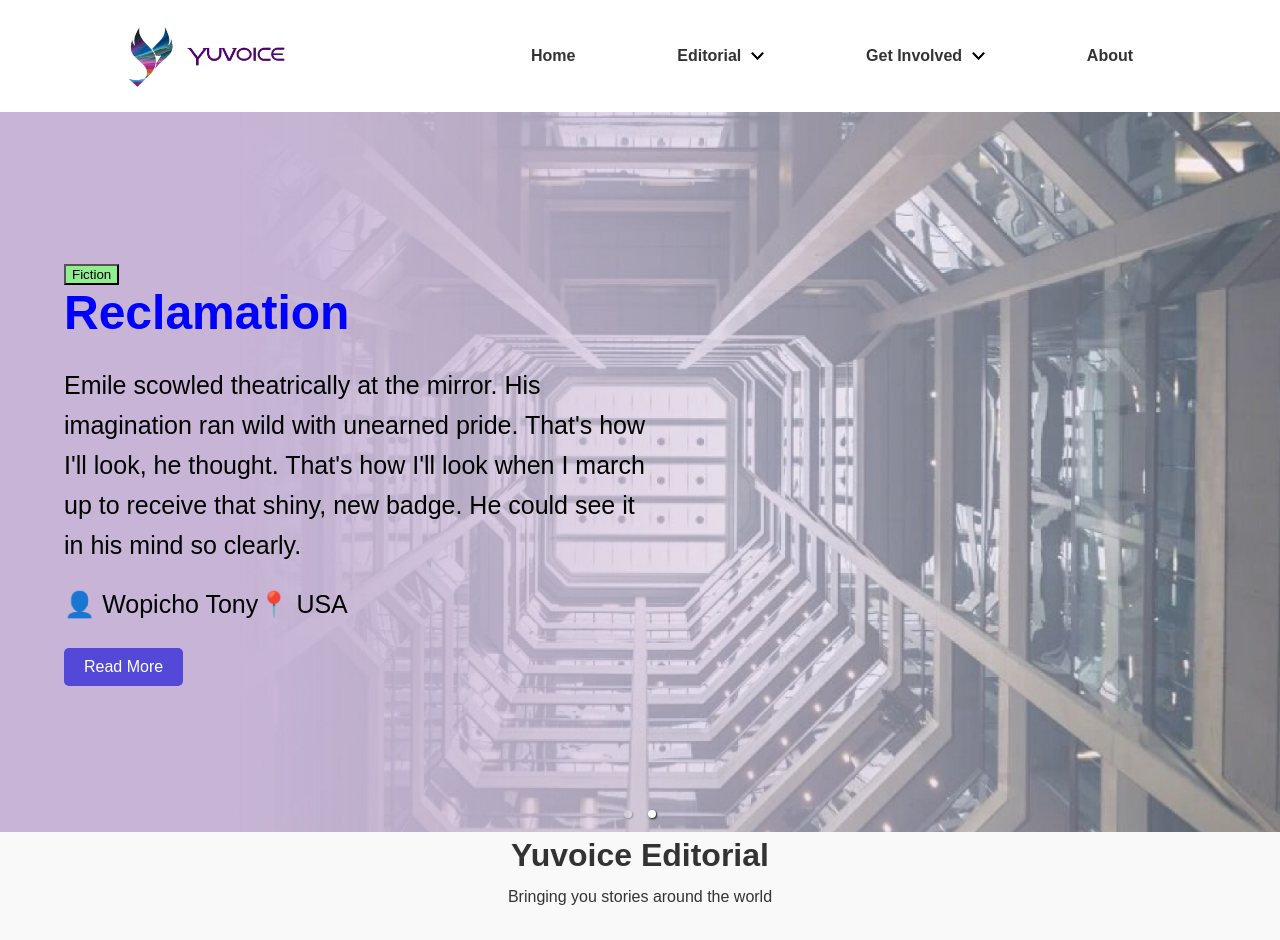
Repository: minokrim/yuvoice
Page: /
These files come from the project's save history. The page is drawn as it stood at one moment and after the next save; the edit follows.
The browser window is 1280 px wide. The pictures show the part of the page from y = 0 to 940 px (the page is 3397 px tall before and 2873 px after).
Pictures or frames that could not be fetched are drawn as grey boxes. The page's requests for data from a server got no answer. The project was rebuilt for these pictures with package versions that can differ from the ones it lists, and the page was loaded fresh each time. No one was signed in, and anything a server would have sent is missing. Also part of the build but not shown: src/body/body.css, src/editorial/header.css, src/editorial/header.jsx, src/editorial/thisweek.css, src/component/card.css, src/component/card.jsx, src/editorial/thisweek.jsx, src/component/ubncard.css and 8 more.

Above is the page before, as saved 2025-01-01 23:44:13.

After the next save:
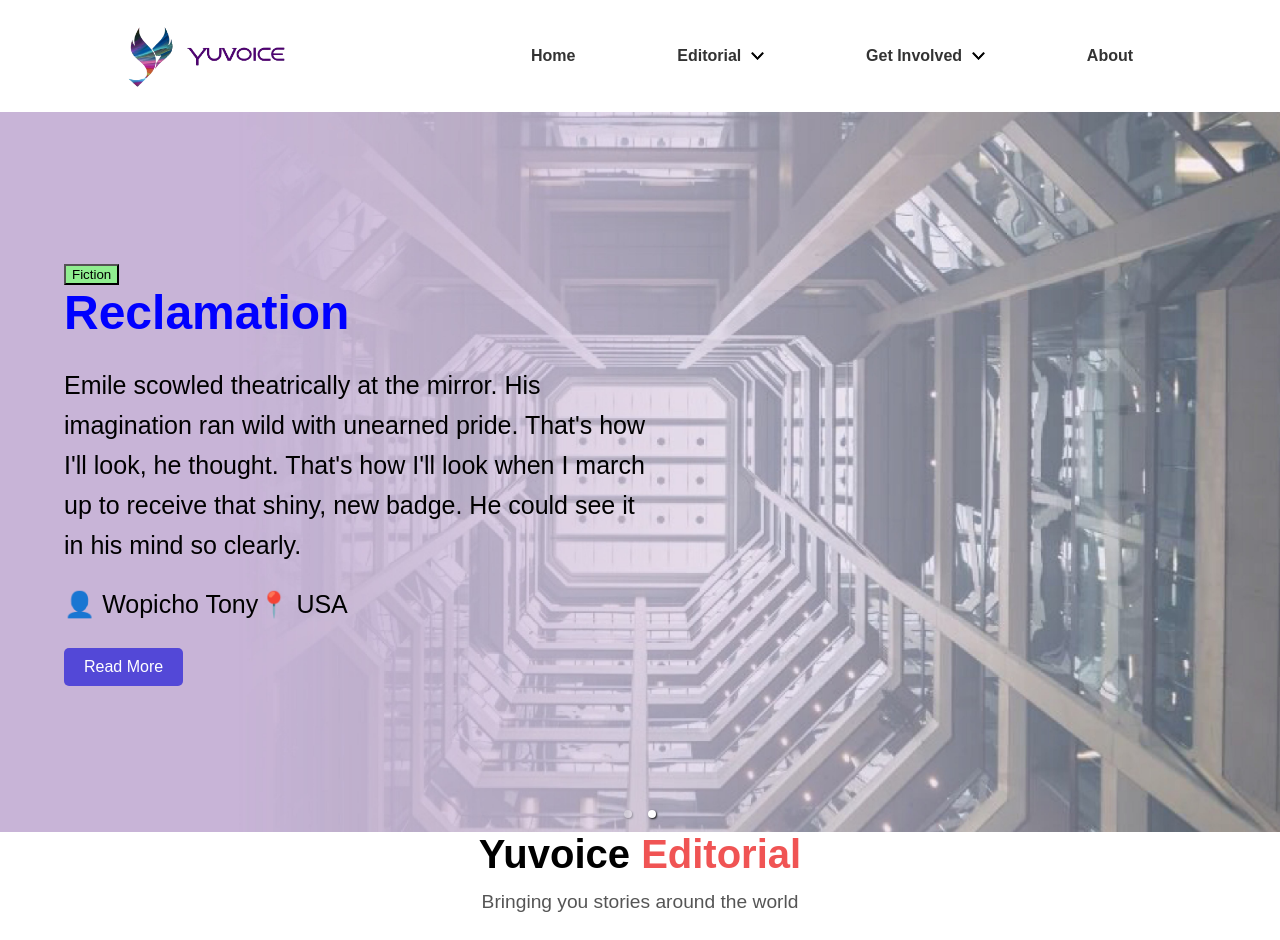
Saved 4 min 47 s later.
--- a/src/landingpage/LandingPage.css
+++ b/src/landingpage/LandingPage.css
@@ -98,50 +98,97 @@ body {
     background-color:lightgreen
   }
 
-  /* Editorial Section */
-  .editorial {
-    text-align: center;
-    padding: 5px 8px;
-    background-color: #f9f9f9;
-  }
-
-  .editorial h2 {
-    font-size: 2rem;
-    margin-bottom: 10px;
-  }
-
-  .editorial p {
-    margin-top: 10px;
-    margin-bottom: 30px;
-  }
-
-  .editorial-cards {
-    display: flex;
-    justify-content: center;
-    gap: 20px;
-    margin-top: 30px;
-  }
-
-  .card {
-    width: 2px;
-    text-align: center;
-    box-shadow: 0 4px 6px rgba(0, 0, 0, 0.1);
-    border-radius: 8px;
-    overflow: hidden;
-    background-color: white;
-  }
-
-  .card img {
-    width: 5%;
-    height: 10px;
-    object-fit: cover;
-  }
-
-  .card h3 {
-    margin: 15px 0;
-    font-size: 1.2rem;
-  }
-
+  * Editorial Section */
+.editorial {
+  text-align: center;
+  padding: 50px 20px;
+  background-color: #ffffff; /* Set white background */
+}
+
+.editorial h2 {
+  font-size: 2.5rem;
+  margin-bottom: 10px;
+  color: #000; /* Ensure text is clearly visible */
+}
+
+.editorial h2 .highlight-editorial {
+  color: #f05454; /* Highlight color */
+}
+
+.editorial p {
+  margin-top: 10px;
+  margin-bottom: 30px;
+  font-size: 1.2rem;
+  color: #555;
+}
+
+.carousel-wrapper {
+  margin: 30px auto;
+  max-width: 90%;
+  position: relative;
+}
+
+.editorial-card {
+  display: flex;
+  flex-direction: column;
+  justify-content: center;
+  align-items: center;
+  position: relative;
+  padding: 10px;
+  background-color: #ffffff;
+  border-radius: 15px;
+  overflow: hidden;
+  box-shadow: 0px 4px 6px rgba(0, 0, 0, 0.1);
+}
+
+.editorial-card img {
+  width: 100%;
+  height: 300px;
+  object-fit: cover;
+  border-radius: 15px;
+}
+
+.legend {
+  position: absolute;
+  bottom: 15px;
+  left: 15px;
+  padding: 5px 10px;
+  background: rgba(0, 0, 0, 0.7);
+  color: #fff;
+  font-size: 1rem;
+  border-radius: 5px;
+  text-transform: capitalize;
+}
+
+.read-more-btn {
+  margin-top: 20px;
+  padding: 10px 20px;
+  background-color: #ff7849;
+  color: #fff;
+  font-size: 1rem;
+  font-weight: bold;
+  text-transform: uppercase;
+  border-radius: 25px;
+  cursor: pointer;
+  transition: all 0.3s ease;
+}
+
+.read-more-btn:hover {
+  background-color: #f05454;
+}
+
+.editorial-content {
+  display: flex;
+  flex-direction: column;
+  align-items: center;
+  max-width: 1200px;
+  margin: auto;
+}
+
+.carousel-wrapper .control-arrow {
+  background-color: rgba(0, 0, 0, 0.5);
+  border-radius: 50%;
+}
   .platform {
     padding: 50px 20px;
     text-align: center;
